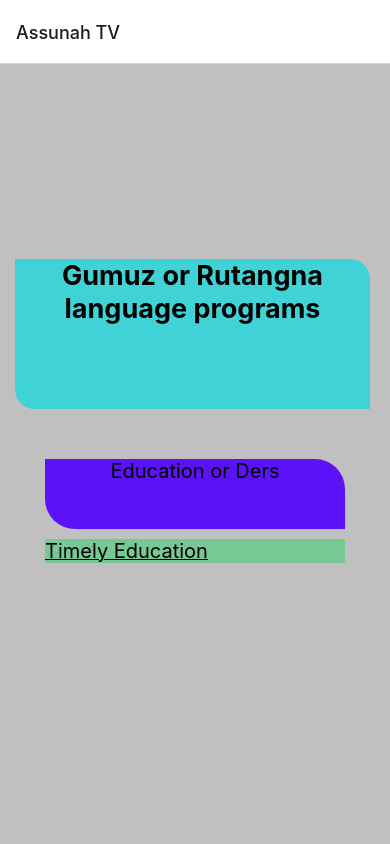
Repository: abdurehmanali611/Assunah_TV
Screen: /Gumuz
These files come from the project's save history. The screen is drawn as it stood at one moment and after the next save; the edit follows.
The app was drawn by React Native's web renderer in a window 390 px wide. The project was rebuilt for these pictures with package versions that can differ from the ones it lists, and the page was loaded fresh each time. Also part of the build but not shown: Constants/Home.js, Constants/AboutUs.js, Constants/Contacts.js, Constants/AssunahFolder.js, Constants/AssunahKids.js, Constants/AdditionalExtra.js, Constants/Qiratcenter.js, Programs/AmharicPrograms.js and 29 more.

Above is the screen before, as saved 2024-01-08 23:40:32.

### App.js
import { createStackNavigator } from "@react-navigation/stack";
import { NavigationContainer } from "@react-navigation/native";

import Home from "./Constants/Home";
import AboutUs from "./Constants/AboutUs";
import Contacts from "./Constants/Contacts";
import AssunahFolder from "./Constants/AssunahFolder";
import AssunahKids from "./Constants/AssunahKids";
import AdditionalExtra from "./Constants/AdditionalExtra";
import Qiratcenter from "./Constants/Qiratcenter";
import AmharicPrograms from './Programs/AmharicPrograms'
import ArabicPrograms from './Programs/ArabicPrograms'
import AffanOromo from './Programs/AffanOromo'
import Afar from './Programs/Afar'
import Ethio_Somali from './Programs/Ethio_Somali'
import Gumuz from './Programs/Gumuz'
import Hadere from './Programs/Hadere'
import Halaba from './Programs/Halaba'
import Tigrigna from './Programs/Tigrigna'
import LoginQirat from "./Assunah_Qirat_Center/LoginQirat";
import LoginQirat2 from "./Assunah_Qirat_Center/LoginQirat2";
import Logged from "./Assunah_Qirat_Center/Logged";
import Afarlink from "./Program_Links/Afarlink";
import AffanOromolink from "./Program_Links/AffanOromolink";
import Amhariclink from "./Program_Links/Amhariclink";
import Arabiclink from "./Program_Links/Arabiclink";
import EthioSomalilink from "./Program_Links/EthioSomalilink";
import Gumuzlink from "./Program_Links/Gumuzlink";
import Haderelink from "./Program_Links/Haderelink";
import Halabalink from "./Program_Links/Halabalink";
import Tigraylink from "./Program_Links/Tigraylink";
import Support from "./Additional/Support";
import Help from "./Additional/Help";
import Rate from "./Additional/Rate";
import Amhariclink_2 from "./Program_Links/Amhariclink_2";
import Amhariclink_3 from "./Program_Links/Amhariclink_3";
import Amhariclink_4 from "./Program_Links/Amhariclink_4";
import Amhariclink_5 from "./Program_Links/Amhariclink_5";
import AffanOromolink_2 from "./Program_Links/AffanOromolink_2";
import Siltgnalink from "./Program_Links/Siltgnalink";
import Siltgna from "./Programs/Siltgna";

const stack = createStackNavigator();

const App = () => {

  return (
    <NavigationContainer>
      <stack.Navigator initialRouteName="Gumuz" >
         <stack.Screen name="Home" component={Home} options={{title: 'Assunah TV'}}/>
         <stack.Screen name="Qirat" component={Qiratcenter} options={{title: 'Assunah TV'}}/>
         <stack.Screen name="About" component={AboutUs} options={{title: 'Assunah TV'}}/>
         <stack.Screen name="Contact" component={Contacts} options={{title: 'Assunah TV'}}/>
         <stack.Screen name="Assunah" component={AssunahFolder} options={{title: 'Assunah TV'}}/>
         <stack.Screen name="Kids" component={AssunahKids} options={{title: 'Assunah TV'}}/>
         <stack.Screen name="Extra" component={AdditionalExtra} options={{title: 'Assunah TV'}}/>
         <stack.Screen name="Amharic" component={AmharicPrograms} options={{title: 'Assunah TV'}}/>
         <stack.Screen name="Arabic" component={ArabicPrograms} options={{title: 'Assunah TV'}}/>
         <stack.Screen name="Oromo" component={AffanOromo} options={{title: 'Assunah TV'}}/>
         <stack.Screen name="Afar" component={Afar} options={{title: 'Assunah TV'}}/>
         <stack.Screen name="Somali" component={Ethio_Somali} options={{title: 'Assunah TV'}}/>
         <stack.Screen name="Gumuz" component={Gumuz} options={{title: 'Assunah TV'}}/>
         <stack.Screen name="siltgna" component={Siltgna} options={{title: 'Assunah TV'}}/>
         <stack.Screen name="Halaba" component={Halaba} options={{title: 'Assunah TV'}}/>
         <stack.Screen name="Tigray" component={Tigrigna} options={{title: 'Assunah TV'}}/>
         <stack.Screen name="hadere" component={Hadere} options={{title: 'Assunah TV'}}/>
         <stack.Screen name="Login" component={LoginQirat} options={{title: 'Assunah TV'}}/>
         <stack.Screen name="Login2" component={LoginQirat2} options={{title: 'Assunah TV'}}/>
         <stack.Screen name="Logged" component={Logged} options={{title: 'Assunah TV'}}/>
         <stack.Screen name="Afarlink" component={Afarlink} options={{title: 'Assunah TV'}}/>
         <stack.Screen name="Oromolink" component={AffanOromolink} options={{title: 'Assunah TV'}}/>
         <stack.Screen name="Oromolink2" component={AffanOromolink_2} options={{title: 'Assunah TV'}}/>
         <stack.Screen name="Amhariclink" component={Amhariclink} options={{title: 'Assunah TV'}}/>
         <stack.Screen name="Amhariclink2" component={Amhariclink_2} options={{title: 'Assunah TV'}}/>
         <stack.Screen name="Amhariclink3" component={Amhariclink_3} options={{title: 'Assunah TV'}}/>
         <stack.Screen name="Amhariclink4" component={Amhariclink_4} options={{title: 'Assunah TV'}}/>
         <stack.Screen name="Amhariclink5" component={Amhariclink_5} options={{title: 'Assunah TV'}}/>
         <stack.Screen name="Arabiclink" component={Arabiclink} options={{title: 'Assunah TV'}}/>
         <stack.Screen name="EthioSomalilink" component={EthioSomalilink} options={{title: 'Assunah TV'}}/>
         <stack.Screen name="Gumuzlink" component={Gumuzlink} options={{title: 'Assunah TV'}}/>
         <stack.Screen name="siltgnalink" component={Siltgnalink} options={{title: 'Assunah TV'}}/>
         <stack.Screen name="Halabalink" component={Halabalink} options={{title: 'Assunah TV'}}/>
         <stack.Screen name="Haderelink" component={Haderelink} options={{title: 'Assunah TV'}}/>
         <stack.Screen name="Tigraylink" component={Tigraylink} options={{title: 'Assunah TV'}}/>
         <stack.Screen name="support" component={Support} options={{title: 'Assunah TV'}}/>
         <stack.Screen name="help" component={Help} options={{title: 'Assunah TV'}}/>
         <stack.Screen name="rate" component={Rate} options={{title: 'Assunah TV'}}/>
      </stack.Navigator>
    </NavigationContainer>

  )
};

export default App;

### Programs/Gumuz.js
import React from "react";
import { View, Text, ScrollView, StyleSheet } from "react-native";
import { Link } from "@react-navigation/native";

const Gumuz = () => {

    return(
        <View style = {{backgroundColor: 'silver',flex: 1,justifyContent: 'flex-start'}}>
            <View>
            <Text style = {styles.header}>
               Gumuz or Rutangna language programs
            </Text>
            <View style = {{alignItems: 'center'}}>
            <ScrollView>
                <Link
                style = {styles.link}
                to={'/Gumuzlink'}>
                <Text style = {{fontSize: 20}}>Education or Ders</Text>
                </Link>
                <Link
                style = {{backgroundColor: `rgb(120,200,150)`,marginHorizontal: 20,textDecorationLine: 'underline'}}
                to={'/Gumuzlink'}>
                <Text style = {{fontSize: 20}}>Timely Education</Text>
                </Link>
            </ScrollView>
            </View>
        </View>
        </View>
    )
}

const randomRGB = () => {

    const red = Math.floor(Math.random() * 256)
    const green = Math.floor(Math.random() * 256)
    const blue = Math.floor(Math.random() * 256)

    return `rgb(${red},${green},${blue})`
}

const styles = StyleSheet.create ({
    link: {
        backgroundColor: randomRGB(),
        marginHorizontal: 20,
        width: 300,
        marginVertical: 10,
        height: 70,
        textAlignVertical: 'center',
        textAlign: 'center',
        borderTopRightRadius: 30,
        borderBottomLeftRadius: 30
    },
    header: {
        fontSize: 27,
        fontWeight: 'bold',
        textAlign: 'center',
        marginTop: '50%',
        marginBottom: 40,
        backgroundColor: randomRGB(),
        width: 355,
        marginHorizontal: 15,
        borderBottomLeftRadius: 20,
        borderTopRightRadius: 20,
        height: 150,
        textAlignVertical: 'center'
    }
})


export default Gumuz

After the next save:
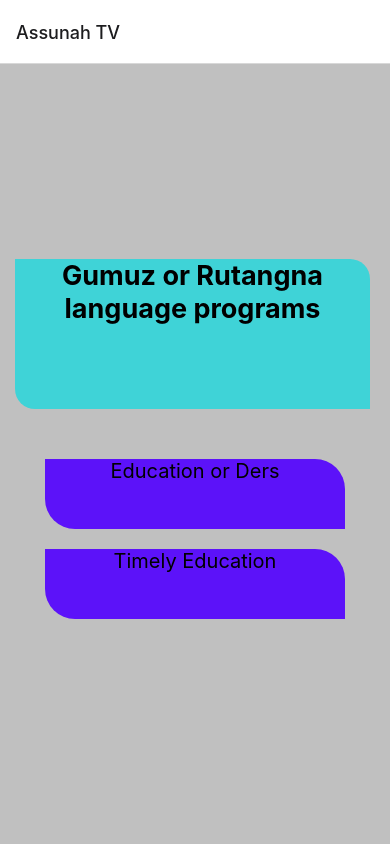
Saved 15 s later.
--- a/Programs/Gumuz.js
+++ b/Programs/Gumuz.js
@@ -18,7 +18,7 @@
                 <Text style = {{fontSize: 20}}>Education or Ders</Text>
                 </Link>
                 <Link
-                style = {{backgroundColor: `rgb(120,200,150)`,marginHorizontal: 20,textDecorationLine: 'underline'}}
+                style = {styles.link}
                 to={'/Gumuzlink'}>
                 <Text style = {{fontSize: 20}}>Timely Education</Text>
                 </Link>
